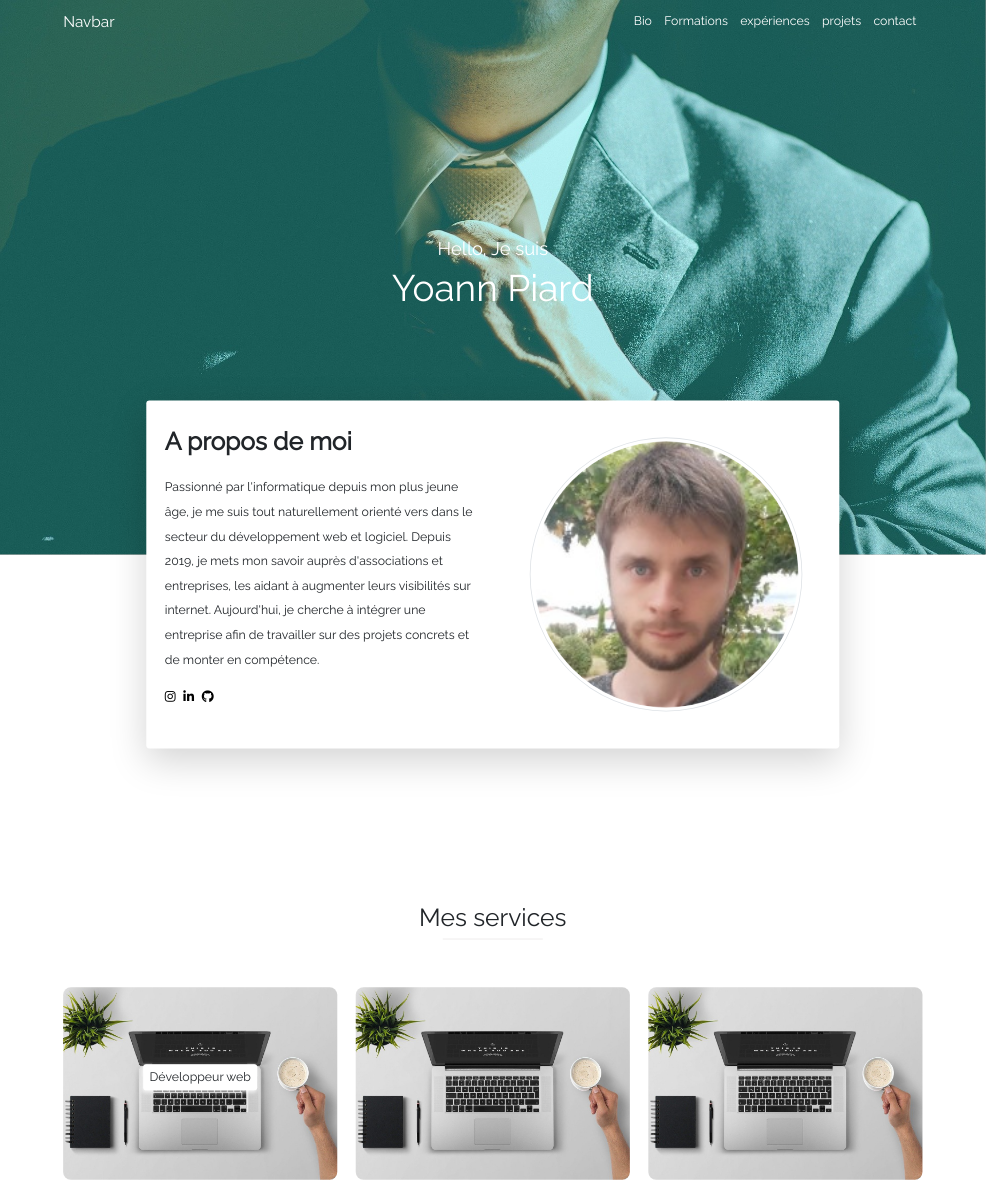
Repository: ypiard85/port-folio-bootstrap-yoann-2021
Page: index.html
The author's editor kept a copy of each file at every save. The page is drawn from the files as they stood at one save, then again after the next save.
The browser window is 1280 px wide. The pictures show the whole page, at 77% of full size.
The pointer rests on the first visible `.service_card`.

Above is the page before, as saved 2021-03-09 15:48:30.
Console error: TypeError: window.onload is not a function

### index.html
<!DOCTYPE html>
<html lang="en">
  <head>
    <meta charset="UTF-8" />
    <meta http-equiv="X-UA-Compatible" content="IE=edge" />
    <meta name="viewport" content="width=device-width, initial-scale=1.0" />
    <link rel="stylesheet" href="https://use.fontawesome.com/releases/v5.15.2/css/all.css" integrity="sha384-vSIIfh2YWi9wW0r9iZe7RJPrKwp6bG+s9QZMoITbCckVJqGCCRhc+ccxNcdpHuYu" crossorigin="anonymous">    <!-- CSS only -->
    <link rel="stylesheet" href="./resource/style.css" />
    <link
      href="https://cdn.jsdelivr.net/npm/bootstrap@5.0.0-beta2/dist/css/bootstrap.min.css"
      rel="stylesheet"
      integrity="sha384-BmbxuPwQa2lc/FVzBcNJ7UAyJxM6wuqIj61tLrc4wSX0szH/Ev+nYRRuWlolflfl"
      crossorigin="anonymous"
    />
    <title>Document</title>
  </head>
  <body>
    <nav class="navbar position-fixed w-100 navbar-expand-lg navbar-light">
      <div class="container">
        <a class="navbar-brand" href="#">Navbar</a>
        <button
          class="navbar-toggler"
          type="button"
          data-bs-toggle="collapse"
          data-bs-target="#navbarNav"
          aria-controls="navbarNav"
          aria-expanded="false"
          aria-label="Toggle navigation"
        >
          <span class="navbar-toggler-icon"></span>
        </button>
        <div class="collapse navbar-collapse" id="navbarNav">
          <ul class="navbar-nav">
            <li class="nav-item">
              <a class="nav-link active" aria-current="page" href="#bio">Bio</a>
            </li>
            <li class="nav-item">
              <a class="nav-link" href="#formation">Formations</a>
            </li>
            <li class="nav-item">
              <a class="nav-link" href="#experience">expériences</a>
            </li>
            <li class="nav-item">
              <a class="nav-link" href="#projet">projets</a>
            </li>
            <li class="nav-item">
              <a class="nav-link" href="#contact">contact</a>
            </li>
          </ul>
        </div>
      </div>
    </nav>

    <header
      class="container-fluid flex-column
          d-flex align-items-center justify-content-center"
    >
      <h4>Hello, Je suis</h4>
      <h1>Yoann Piard</h1>
    </header>

    <section class="about_me in container">
      <div class="about_card rounded shadow-lg">
        <div class="container">
          <div class="row">
            <div class="col-md-6  col-sm-12 p-3 p-sm-4 align-self-center">
              <h2 class="mb-4" >A propos de moi</h2>
              <p>
                Passionné par l'informatique depuis mon plus jeune âge, je me
                suis tout naturellement orienté vers dans le secteur du
                développement web et logiciel. Depuis 2019, je mets mon savoir
                auprès d'associations et entreprises, les aidant à augmenter
                leurs visibilités sur internet. Aujourd'hui, je cherche à
                intégrer une entreprise afin de travailler sur des projets
                concrets et de monter en compétence.
              </p>
              <ul class="d-flex">
                  <li><a href=""><i class="fab fa-instagram"></i></a></li>
                  <li><a href=""><i class="fab fa-linkedin-in"></i></a></li>
                  <li><a href=""><i class="fab fa-github"></i></a></li>
              </ul>
            </div>
            <div class="col-md-6 col-sm-12 p-3 p-sm-5 d-none d-md-block">
              <img class="img-fluid img-thumbnail" src="./resource/image/yoann_piard.png" alt="" />
            </div>
          </div>
        </div>
      </div>
    </section>

    <section class="my_work">
        <div class="container">
            <h2 class="ttile_section text-center mb-5">Mes services</h2>
            <div class="row pt-4 pb-4">
                <div class="col-md-4">
                    <div class="service_card" style="background-image: url('./resource/services/laptop-1209008_1280.jpg')">
                        <div class="service_btn"><p class="rounded">Développeur web</p></div>
                        <div class="service_hover rounded"></div>
                    </div>
                </div>
                <div class="col-md-4">
                    <div class="service_card" style="background-image: url('./resource/services/laptop-1209008_1280.jpg')"></div>

                </div>
                <div class="col-md-4">
                    <div class="service_card" style="background-image: url('./resource/services/laptop-1209008_1280.jpg')"></div>

                </div>
            </div>
        </div>
    </section>

    <!-- JavaScript Bundle with Popper -->
    <script
      src="https://cdn.jsdelivr.net/npm/bootstrap@5.0.0-beta2/dist/js/bootstrap.bundle.min.js"
      integrity="sha384-b5kHyXgcpbZJO/tY9Ul7kGkf1S0CWuKcCD38l8YkeH8z8QjE0GmW1gYU5S9FOnJ0"
      crossorigin="anonymous"
    ></script>
    <script src="https://unpkg.com/scrollreveal"></script>
    <script src="./resource/scrollreveal.js"></script>
    <script src="./resource/app.js"></script>
    <script>window.onload(scrollEffect()) </script>
  </body>
</html>

### resource/style.css
@import url('https://fonts.googleapis.com/css2?family=Raleway&display=swap');

*{
    transition: 0.3s;
}

body{
    font-family: 'Raleway', sans-serif!important;
}


.navbar-collapse{
    flex-grow: 0!important;
}

nav a{
    color: white!important;
}

header{
    height: 100vh;
    background: gray;
    background-image: linear-gradient(90deg, rgba(0,231,249,0.2780462526807598) 100%, rgba(0,4,24,0.4405112386751575) 74%), url('./image/about-section.jpg');
    background-repeat: no-repeat;
    background-size: cover;
    background-position: top center;
    color: white;
}

header h1{
    font-weight: normal;
    font-size: 3em;
}

.about_card{
    margin: auto;
    width: 900px;
    max-width: 100%;
    background-color: white;
}

.about_card a{
    font-family: Arial!important;
}

.about_me h2{
    font-weight: bold;
}

.about_card img{
    width: 100%;
    border-radius: 50%;
}

.about_card ul{
    list-style: none;
    padding: 0;
}

.about_card i{
    font-size: 1em;
    color: black;
}

.about_card{
    line-height: 2em;
}

.about_card li{
    margin-right: 10px;
}

.in{
    transform: translateY(-200px);
}

.ttile_section{
    position: relative;
}

.ttile_section::after{
    content: '';
    position: absolute;
    width: 130px;
    height: 1px;
    background-color: rgb(233, 231, 231);
    bottom: -10px;
    left:0;
    right: 0;
    margin: auto;
}

.service_card{
    height: 250px;
    background-position: center;
    background-size: cover;
    border-radius: 10px;
    position: relative;
}

.service_btn{
    display: flex;
    justify-content: center;
    height: 100%;
    align-items: center;

}

.service_btn p{
    background-color: white;
    padding: 5px 8px;
    box-shadow: -1px 2px 5px 1px rgba(255, 255, 255, 0.7),
    -1px 2px 20px rgba(255, 255, 255, 0.6) inset;
}

.service_hover{
    position: absolute;
    top:0;
    bottom:0;
    left:0;
    right:0;
    background-color: orange;
    display: none;
}

.service_card:hover{
    transform: rotateY('180deg');
}

### resource/scrollreveal.js
function scrollEffect(){


    ScrollReveal().reveal('.about_me', {
        delay: 150,
        duration: 1000,
        reset: true,
        origin: 'bottom',
        distance: '30%'
    });

}

### resource/app.js
ScrollReveal().reveal('.about_me', {
    delay: 250,
    duration: 1000,
    reset: true,
    origin: 'bottom',
    distance: '20%'
});

After the next save:
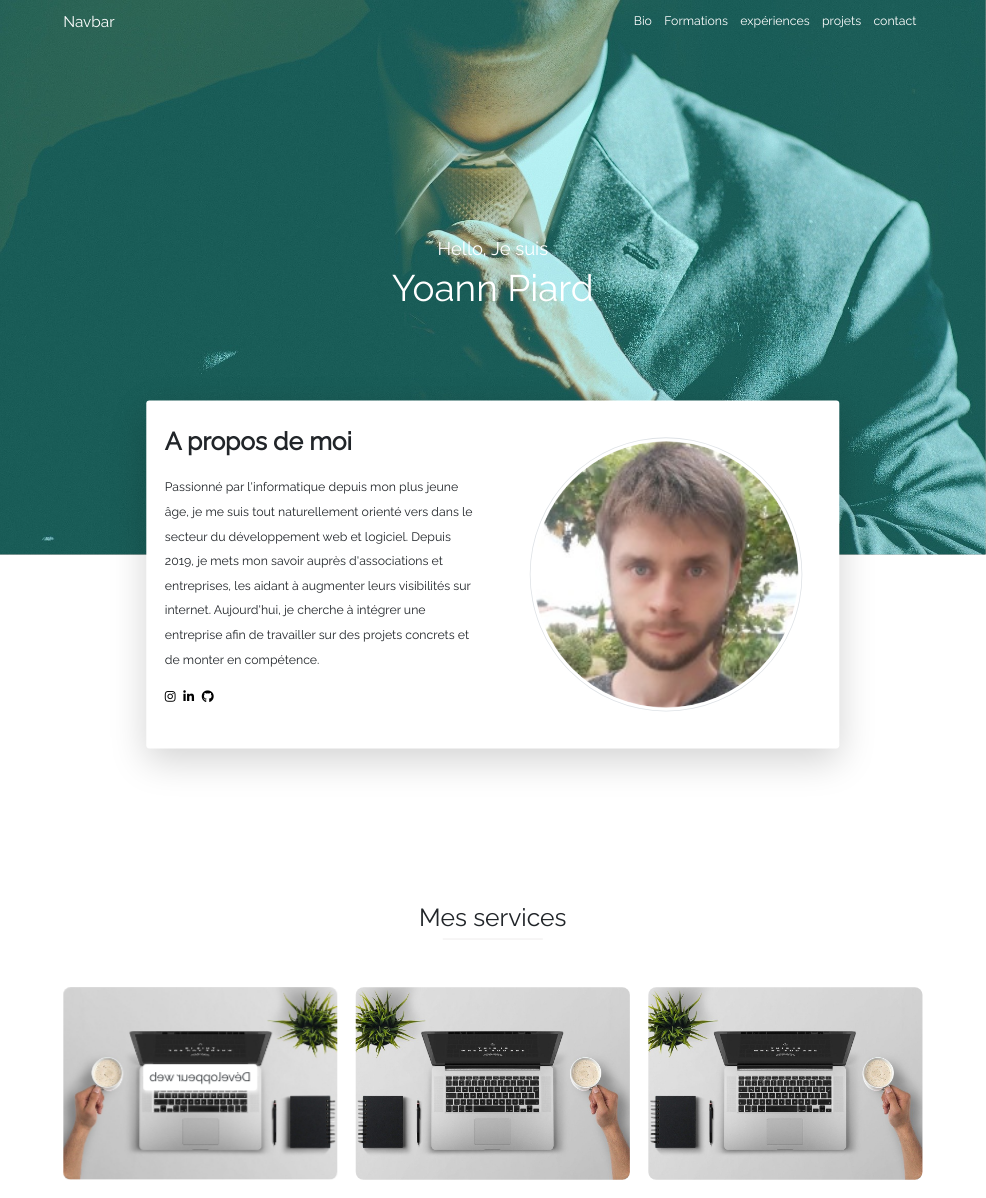
Saved 9 s later.
--- a/resource/style.css
+++ b/resource/style.css
@@ -124,5 +124,5 @@ header h1{
 }
 
 .service_card:hover{
-    transform: rotateY('180deg');
+    transform: rotateY(180deg);
 }
